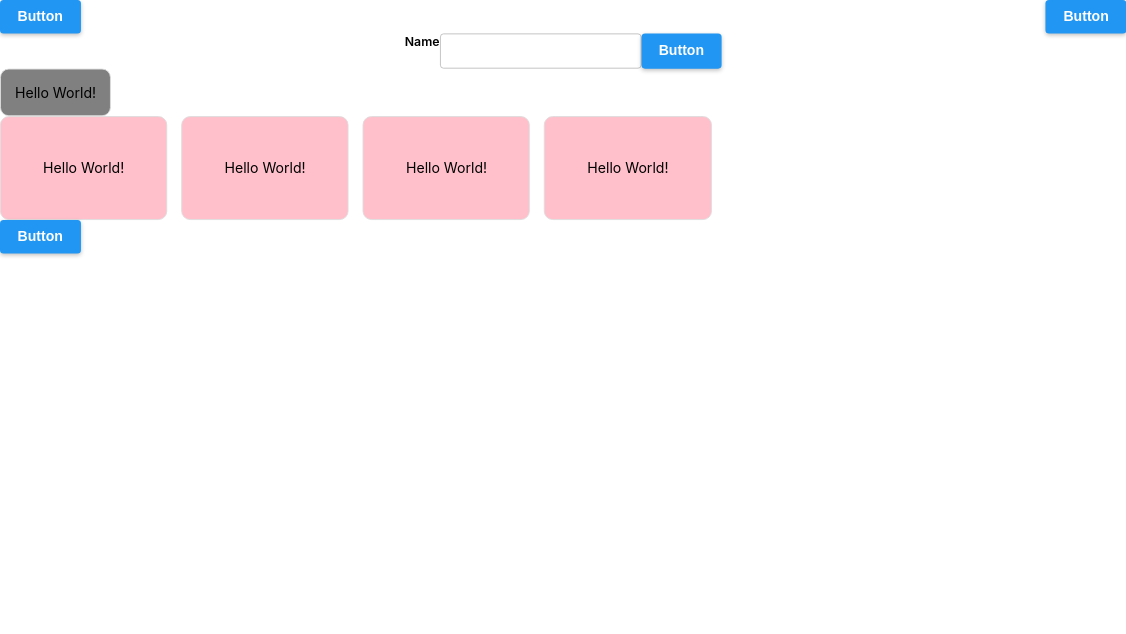
Repository: roistyx/react
Page: /layouts (app in layouts-app/)
An editor plug-in stored every save of this project. The page is shown before and after the next save, followed by the edit.
The browser window is 1280 px wide. The pictures show the whole page, at 88% of full size.
The project was rebuilt for these pictures with package versions that can differ from the ones it lists, and the page was loaded fresh each time.

Above is the page before, as saved 2023-04-27 14:26:57.

After the next save:
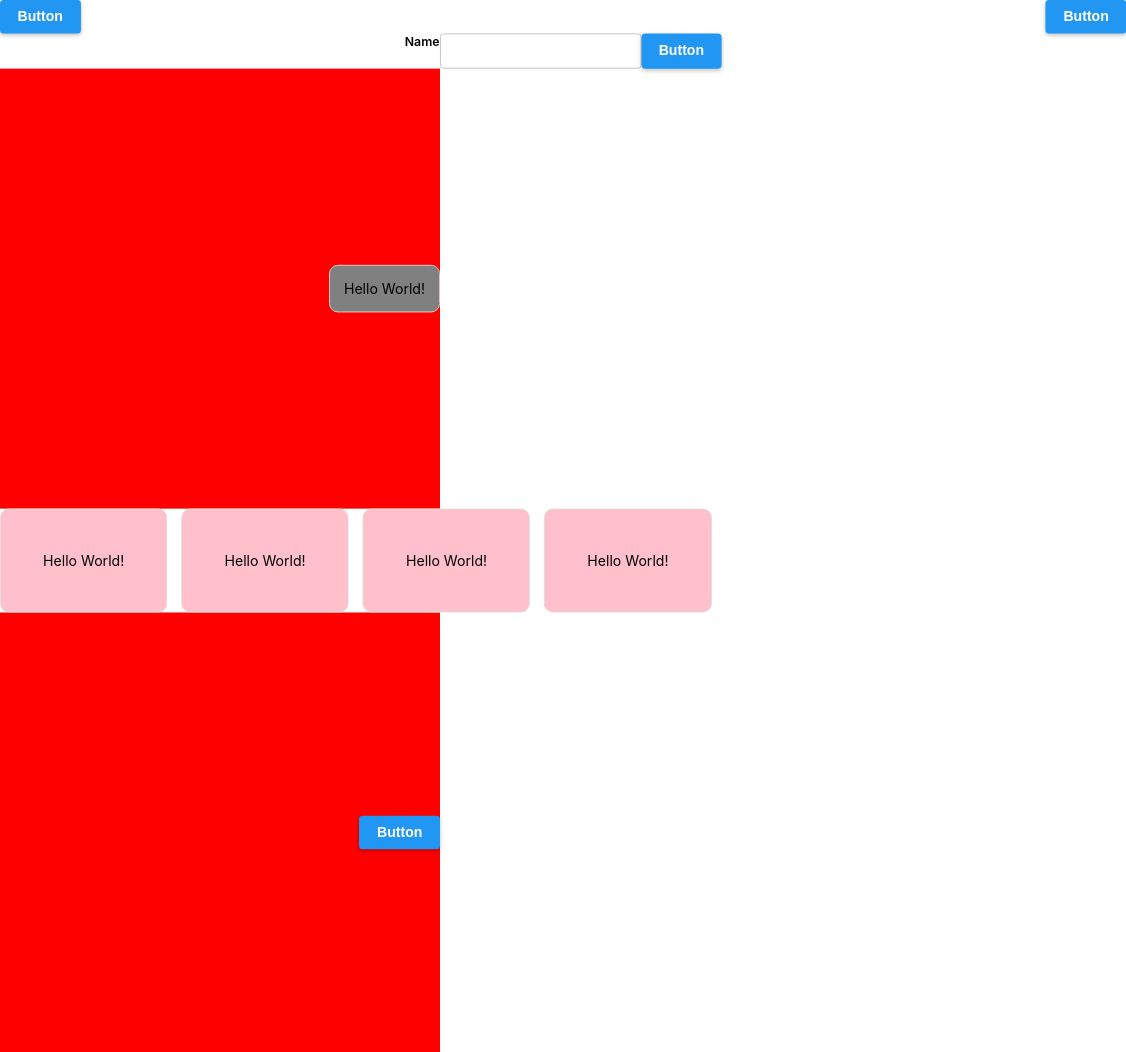
Saved 8 s later.
--- a/layouts-app/src/layouts/Line.js
+++ b/layouts-app/src/layouts/Line.js
@@ -9,7 +9,7 @@ export const Between = (props) => {
 };
 
 export const Center = (props) => {
-	return <Line {...props} addClass="space-evenly" />;
+	return <Line {...props} addClass="center" />;
 };
 
 export const SpaceEvenly = (props) => {
